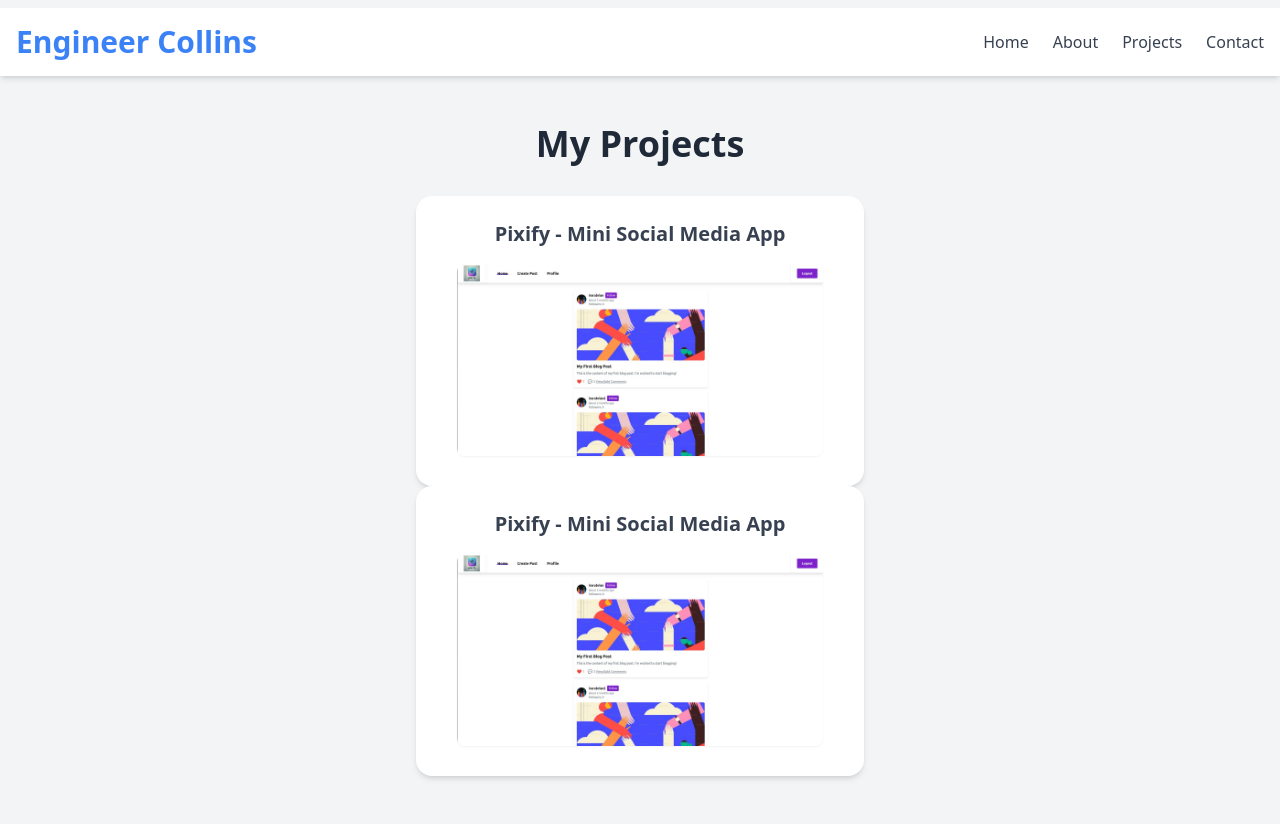
Repository: Engineer-collo/Portfolio
Page: /projects
These files come from the project's save history. The page is drawn as it stood at one moment and after a run of saves; the edit follows.
The browser window is 1280 px wide. The pictures show the whole page.
The project was rebuilt for these pictures with package versions that can differ from the ones it lists, and the page was loaded fresh each time. Also part of the build but not shown: vite.config.js, src/pages/Footer.jsx, src/pages/HomePage.jsx, src/pages/About.jsx, src/pages/Contact.jsx, src/pages/Blog.jsx, src/pages/Skills.jsx.

Above is the page before, as saved 2025-06-07 18:05:45.

After the next 3 saves:
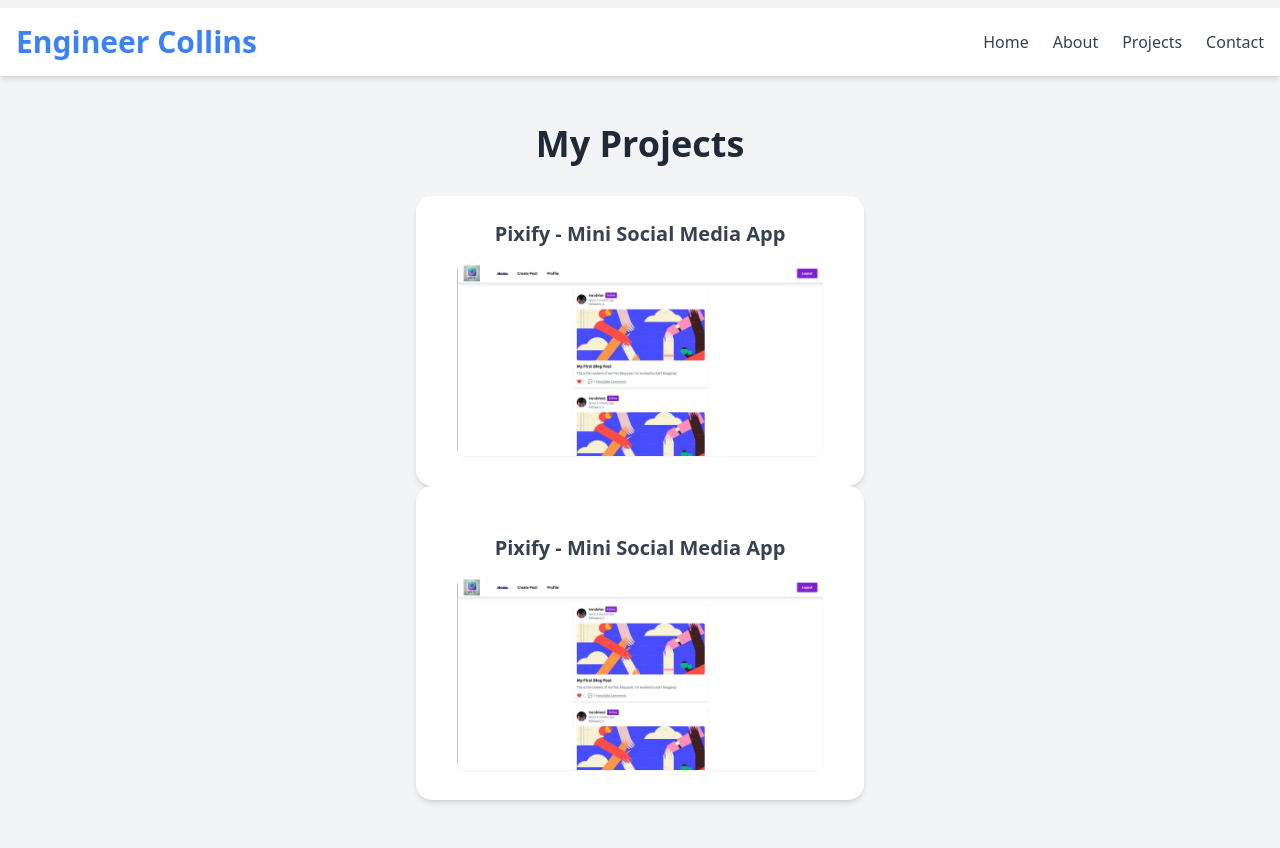
The 3 saves are shown as one change because they came seconds apart.
The last was saved 72 s later.
--- a/src/pages/Projects.jsx
+++ b/src/pages/Projects.jsx
@@ -26,7 +26,7 @@
                             />
                         </a>
                     </div>
-                    <div className="bg-white rounded-2xl shadow-md p-6 max-w-md w-full text-center">
+                    <div className=" pt-12 bg-white rounded-2xl shadow-md p-6 max-w-md w-full text-center">
                         <h3 className="text-xl font-semibold text-gray-700 mb-4">
                             Pixify - Mini Social Media App
                         </h3>

After the 2 saves that followed:
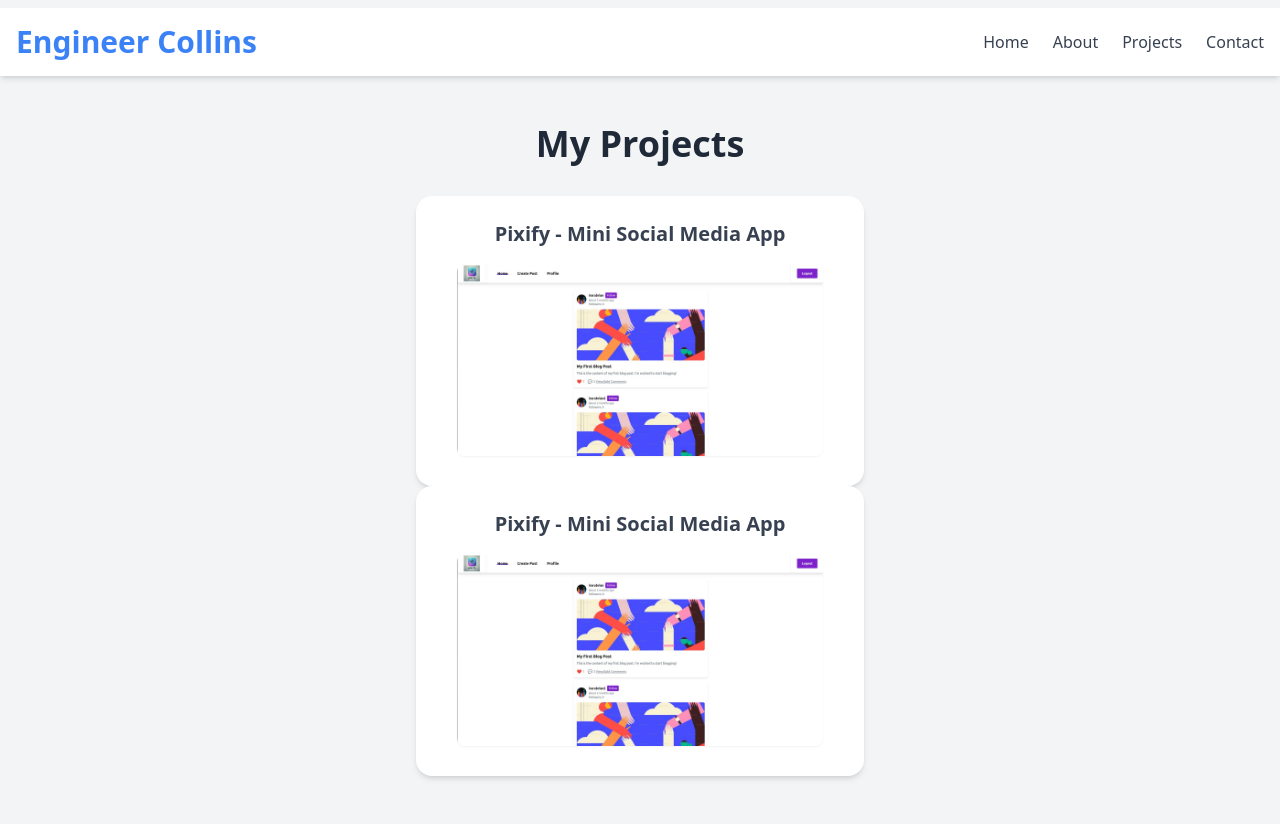
The 2 saves are shown as one change because 1 left the picture as it was.
The last was saved 27 s later.
--- a/src/pages/Projects.jsx
+++ b/src/pages/Projects.jsx
@@ -26,7 +26,8 @@
                             />
                         </a>
                     </div>
-                    <div className=" pt-12 bg-white rounded-2xl shadow-md p-6 max-w-md w-full text-center">
+
+                    <div className=" bg-white rounded-2xl shadow-md p-6 max-w-md w-full text-center">
                         <h3 className="text-xl font-semibold text-gray-700 mb-4">
                             Pixify - Mini Social Media App
                         </h3>
